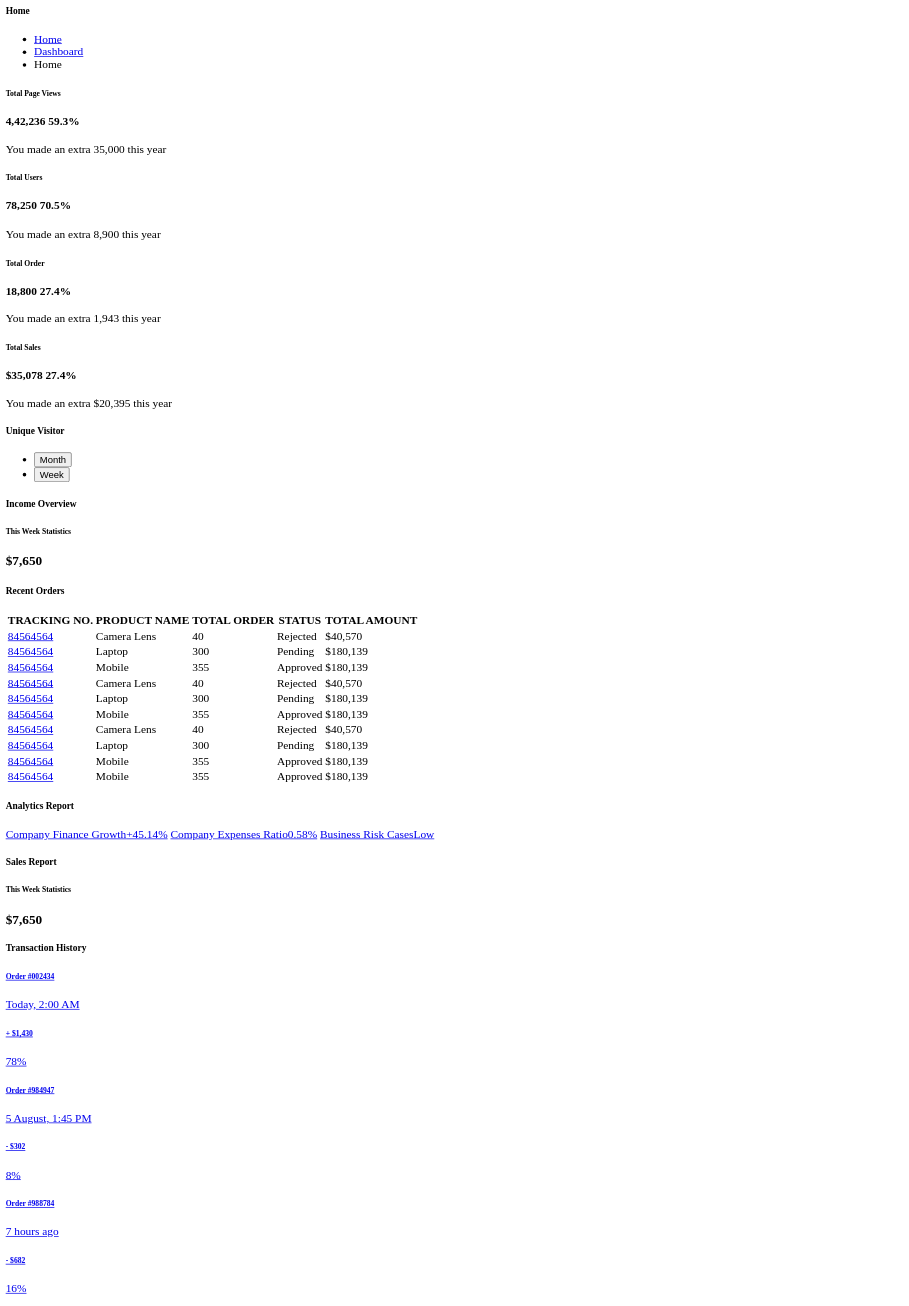
Repository: DucDMinh/LTWebJava_Nhom10
Page: http://localhost/admin/fragments/main
The author's editor kept a copy of each file at every save. The page is drawn from the files as they stood at one save, then again after the next save.
The browser window is 1280 px wide. The pictures show the whole page, at 71% of full size.
The page is this project's Thymeleaf template; nobody is signed in. The template is opened directly, without the code that normally fills it, so the values that code supplies are empty.

Above is the page before, as saved 2025-10-20 00:54:18.

### nhom10/src/main/resources/templates/admin/fragments/main.html
  <!-- [ Main Content ] start -->
  <div class="pc-container" th:fragment="main">
    <div class="pc-content">
      <!-- [ breadcrumb ] start -->
      <div class="page-header">
        <div class="page-block">
          <div class="row align-items-center">
            <div class="col-md-12">
              <div class="page-header-title">
                <h5 class="m-b-10">Home</h5>
              </div>
              <ul class="breadcrumb">
                <li class="breadcrumb-item"><a href="../dashboard/index.html">Home</a></li>
                <li class="breadcrumb-item"><a href="javascript: void(0)">Dashboard</a></li>
                <li class="breadcrumb-item" aria-current="page">Home</li>
              </ul>
            </div>
          </div>
        </div>
      </div>
      <!-- [ breadcrumb ] end -->
      <!-- [ Main Content ] start -->
      <div class="row">
        <!-- [ sample-page ] start -->

        <div class="col-md-6 col-xl-3">
          <div class="card">
            <div class="card-body">
              <h6 class="mb-2 f-w-400 text-muted">Total Page Views</h6>
              <h4 class="mb-3">4,42,236 <span class="badge bg-light-primary border border-primary"><i
                    class="ti ti-trending-up"></i> 59.3%</span></h4>
              <p class="mb-0 text-muted text-sm">You made an extra <span class="text-primary">35,000</span> this year
              </p>
            </div>
          </div>
        </div>
        <div class="col-md-6 col-xl-3">
          <div class="card">
            <div class="card-body">
              <h6 class="mb-2 f-w-400 text-muted">Total Users</h6>
              <h4 class="mb-3">78,250 <span class="badge bg-light-success border border-success"><i
                    class="ti ti-trending-up"></i> 70.5%</span></h4>
              <p class="mb-0 text-muted text-sm">You made an extra <span class="text-success">8,900</span> this year</p>
            </div>
          </div>
        </div>
        <div class="col-md-6 col-xl-3">
          <div class="card">
            <div class="card-body">
              <h6 class="mb-2 f-w-400 text-muted">Total Order</h6>
              <h4 class="mb-3">18,800 <span class="badge bg-light-warning border border-warning"><i
                    class="ti ti-trending-down"></i> 27.4%</span></h4>
              <p class="mb-0 text-muted text-sm">You made an extra <span class="text-warning">1,943</span> this year</p>
            </div>
          </div>
        </div>
        <div class="col-md-6 col-xl-3">
          <div class="card">
            <div class="card-body">
              <h6 class="mb-2 f-w-400 text-muted">Total Sales</h6>
              <h4 class="mb-3">$35,078 <span class="badge bg-light-danger border border-danger"><i
                    class="ti ti-trending-down"></i> 27.4%</span></h4>
              <p class="mb-0 text-muted text-sm">You made an extra <span class="text-danger">$20,395</span> this year
              </p>
            </div>
          </div>
        </div>

        <div class="col-md-12 col-xl-8">
          <div class="d-flex align-items-center justify-content-between mb-3">
            <h5 class="mb-0">Unique Visitor</h5>
            <ul class="nav nav-pills justify-content-end mb-0" id="chart-tab-tab" role="tablist">
              <li class="nav-item" role="presentation">
                <button class="nav-link" id="chart-tab-home-tab" data-bs-toggle="pill" data-bs-target="#chart-tab-home"
                  type="button" role="tab" aria-controls="chart-tab-home" aria-selected="true">Month</button>
              </li>
              <li class="nav-item" role="presentation">
                <button class="nav-link active" id="chart-tab-profile-tab" data-bs-toggle="pill"
                  data-bs-target="#chart-tab-profile" type="button" role="tab" aria-controls="chart-tab-profile"
                  aria-selected="false">Week</button>
              </li>
            </ul>
          </div>
          <div class="card">
            <div class="card-body">
              <div class="tab-content" id="chart-tab-tabContent">
                <div class="tab-pane" id="chart-tab-home" role="tabpanel" aria-labelledby="chart-tab-home-tab"
                  tabindex="0">
                  <div id="visitor-chart-1"></div>
                </div>
                <div class="tab-pane show active" id="chart-tab-profile" role="tabpanel"
                  aria-labelledby="chart-tab-profile-tab" tabindex="0">
                  <div id="visitor-chart"></div>
                </div>
              </div>
            </div>
          </div>
        </div>
        <div class="col-md-12 col-xl-4">
          <h5 class="mb-3">Income Overview</h5>
          <div class="card">
            <div class="card-body">
              <h6 class="mb-2 f-w-400 text-muted">This Week Statistics</h6>
              <h3 class="mb-3">$7,650</h3>
              <div id="income-overview-chart"></div>
            </div>
          </div>
        </div>

        <div class="col-md-12 col-xl-8">
          <h5 class="mb-3">Recent Orders</h5>
          <div class="card tbl-card">
            <div class="card-body">
              <div class="table-responsive">
                <table class="table table-hover table-borderless mb-0">
                  <thead>
                    <tr>
                      <th>TRACKING NO.</th>
                      <th>PRODUCT NAME</th>
                      <th>TOTAL ORDER</th>
                      <th>STATUS</th>
                      <th class="text-end">TOTAL AMOUNT</th>
                    </tr>
                  </thead>
                  <tbody>
                    <tr>
                      <td><a href="#" class="text-muted">84564564</a></td>
                      <td>Camera Lens</td>
                      <td>40</td>
                      <td><span class="d-flex align-items-center gap-2"><i
                            class="fas fa-circle text-danger f-10 m-r-5"></i>Rejected</span>
                      </td>
                      <td class="text-end">$40,570</td>
                    </tr>
                    <tr>
                      <td><a href="#" class="text-muted">84564564</a></td>
                      <td>Laptop</td>
                      <td>300</td>
                      <td><span class="d-flex align-items-center gap-2"><i
                            class="fas fa-circle text-warning f-10 m-r-5"></i>Pending</span>
                      </td>
                      <td class="text-end">$180,139</td>
                    </tr>
                    <tr>
                      <td><a href="#" class="text-muted">84564564</a></td>
                      <td>Mobile</td>
                      <td>355</td>
                      <td><span class="d-flex align-items-center gap-2"><i
                            class="fas fa-circle text-success f-10 m-r-5"></i>Approved</span></td>
                      <td class="text-end">$180,139</td>
                    </tr>
                    <tr>
                      <td><a href="#" class="text-muted">84564564</a></td>
                      <td>Camera Lens</td>
                      <td>40</td>
                      <td><span class="d-flex align-items-center gap-2"><i
                            class="fas fa-circle text-danger f-10 m-r-5"></i>Rejected</span>
                      </td>
                      <td class="text-end">$40,570</td>
                    </tr>
                    <tr>
                      <td><a href="#" class="text-muted">84564564</a></td>
                      <td>Laptop</td>
                      <td>300</td>
                      <td><span class="d-flex align-items-center gap-2"><i
                            class="fas fa-circle text-warning f-10 m-r-5"></i>Pending</span>
                      </td>
                      <td class="text-end">$180,139</td>
                    </tr>
                    <tr>
                      <td><a href="#" class="text-muted">84564564</a></td>
                      <td>Mobile</td>
                      <td>355</td>
                      <td><span class="d-flex align-items-center gap-2"><i
                            class="fas fa-circle text-success f-10 m-r-5"></i>Approved</span></td>
                      <td class="text-end">$180,139</td>
                    </tr>
                    <tr>
                      <td><a href="#" class="text-muted">84564564</a></td>
                      <td>Camera Lens</td>
                      <td>40</td>
                      <td><span class="d-flex align-items-center gap-2"><i
                            class="fas fa-circle text-danger f-10 m-r-5"></i>Rejected</span>
                      </td>
                      <td class="text-end">$40,570</td>
                    </tr>
                    <tr>
                      <td><a href="#" class="text-muted">84564564</a></td>
                      <td>Laptop</td>
                      <td>300</td>
                      <td><span class="d-flex align-items-center gap-2"><i
                            class="fas fa-circle text-warning f-10 m-r-5"></i>Pending</span>
                      </td>
                      <td class="text-end">$180,139</td>
                    </tr>
                    <tr>
                      <td><a href="#" class="text-muted">84564564</a></td>
                      <td>Mobile</td>
                      <td>355</td>
                      <td><span class="d-flex align-items-center gap-2"><i
                            class="fas fa-circle text-success f-10 m-r-5"></i>Approved</span></td>
                      <td class="text-end">$180,139</td>
                    </tr>
                    <tr>
                      <td><a href="#" class="text-muted">84564564</a></td>
                      <td>Mobile</td>
                      <td>355</td>
                      <td><span class="d-flex align-items-center gap-2"><i
                            class="fas fa-circle text-success f-10 m-r-5"></i>Approved</span></td>
                      <td class="text-end">$180,139</td>
                    </tr>
                  </tbody>
                </table>
              </div>
            </div>
          </div>
        </div>
        <div class="col-md-12 col-xl-4">
          <h5 class="mb-3">Analytics Report</h5>
          <div class="card">
            <div class="list-group list-group-flush">
              <a href="#"
                class="list-group-item list-group-item-action d-flex align-items-center justify-content-between">Company
                Finance Growth<span class="h5 mb-0">+45.14%</span></a>
              <a href="#"
                class="list-group-item list-group-item-action d-flex align-items-center justify-content-between">Company
                Expenses Ratio<span class="h5 mb-0">0.58%</span></a>
              <a href="#"
                class="list-group-item list-group-item-action d-flex align-items-center justify-content-between">Business
                Risk Cases<span class="h5 mb-0">Low</span></a>
            </div>
            <div class="card-body px-2">
              <div id="analytics-report-chart"></div>
            </div>
          </div>
        </div>

        <div class="col-md-12 col-xl-8">
          <h5 class="mb-3">Sales Report</h5>
          <div class="card">
            <div class="card-body">
              <h6 class="mb-2 f-w-400 text-muted">This Week Statistics</h6>
              <h3 class="mb-0">$7,650</h3>
              <div id="sales-report-chart"></div>
            </div>
          </div>
        </div>
        <div class="col-md-12 col-xl-4">
          <h5 class="mb-3">Transaction History</h5>
          <div class="card">
            <div class="list-group list-group-flush">
              <a href="#" class="list-group-item list-group-item-action">
                <div class="d-flex">
                  <div class="flex-shrink-0">
                    <div class="avtar avtar-s rounded-circle text-success bg-light-success">
                      <i class="ti ti-gift f-18"></i>
                    </div>
                  </div>
                  <div class="flex-grow-1 ms-3">
                    <h6 class="mb-1">Order #002434</h6>
                    <p class="mb-0 text-muted">Today, 2:00 AM</P>
                  </div>
                  <div class="flex-shrink-0 text-end">
                    <h6 class="mb-1">+ $1,430</h6>
                    <p class="mb-0 text-muted">78%</P>
                  </div>
                </div>
              </a>
              <a href="#" class="list-group-item list-group-item-action">
                <div class="d-flex">
                  <div class="flex-shrink-0">
                    <div class="avtar avtar-s rounded-circle text-primary bg-light-primary">
                      <i class="ti ti-message-circle f-18"></i>
                    </div>
                  </div>
                  <div class="flex-grow-1 ms-3">
                    <h6 class="mb-1">Order #984947</h6>
                    <p class="mb-0 text-muted">5 August, 1:45 PM</P>
                  </div>
                  <div class="flex-shrink-0 text-end">
                    <h6 class="mb-1">- $302</h6>
                    <p class="mb-0 text-muted">8%</P>
                  </div>
                </div>
              </a>
              <a href="#" class="list-group-item list-group-item-action">
                <div class="d-flex">
                  <div class="flex-shrink-0">
                    <div class="avtar avtar-s rounded-circle text-danger bg-light-danger">
                      <i class="ti ti-settings f-18"></i>
                    </div>
                  </div>
                  <div class="flex-grow-1 ms-3">
                    <h6 class="mb-1">Order #988784</h6>
                    <p class="mb-0 text-muted">7 hours ago</P>
                  </div>
                  <div class="flex-shrink-0 text-end">
                    <h6 class="mb-1">- $682</h6>
                    <p class="mb-0 text-muted">16%</P>
                  </div>
                </div>
              </a>
            </div>
          </div>
        </div>
      </div>
    </div>
  </div>
  <!-- [ Main Content ] end -->

After the next save:
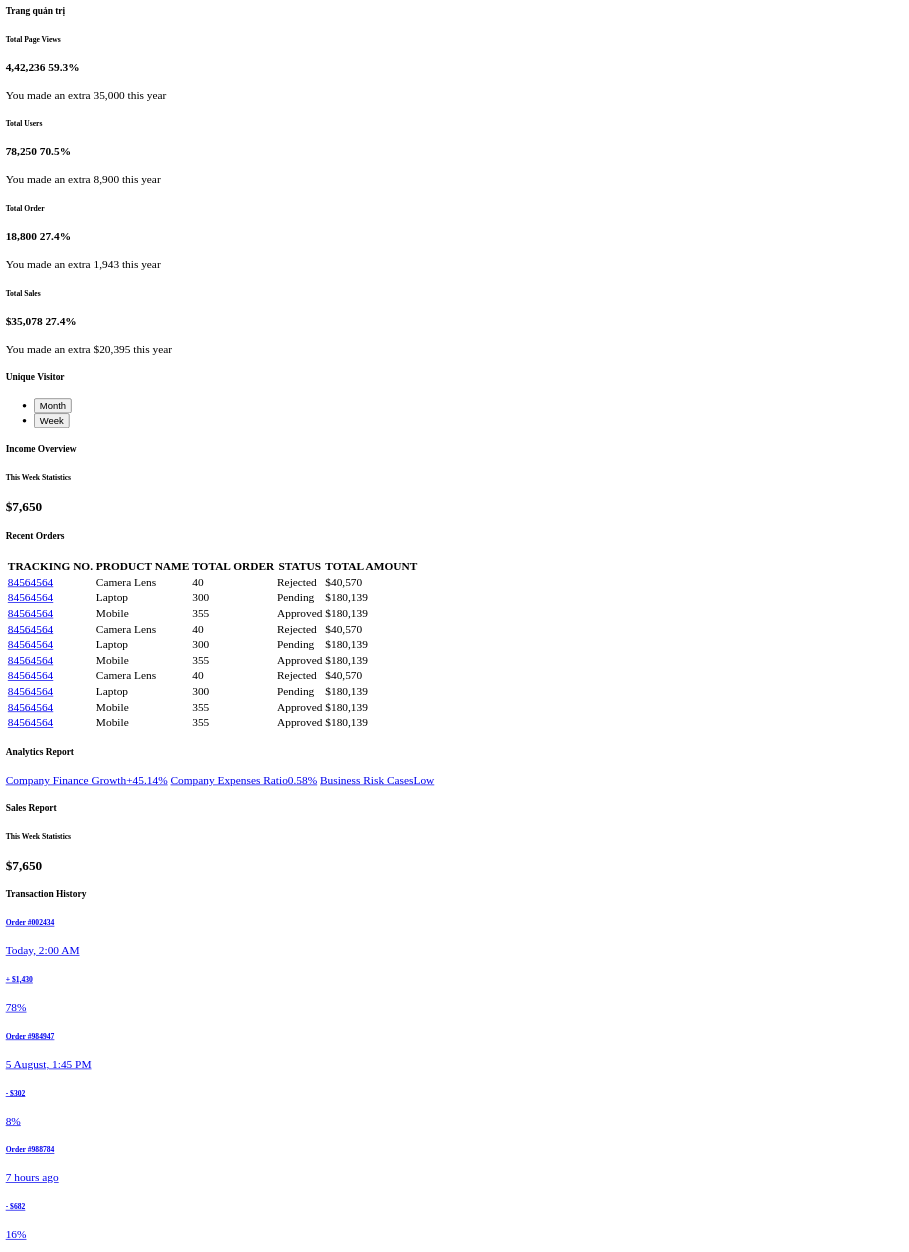
Saved 119 s later.
--- a/nhom10/src/main/resources/templates/admin/fragments/main.html
+++ b/nhom10/src/main/resources/templates/admin/fragments/main.html
@@ -7,13 +7,8 @@
           <div class="row align-items-center">
             <div class="col-md-12">
               <div class="page-header-title">
-                <h5 class="m-b-10">Home</h5>
+                <h5 class="m-b-10">Trang quản trị</h5>
               </div>
-              <ul class="breadcrumb">
-                <li class="breadcrumb-item"><a href="../dashboard/index.html">Home</a></li>
-                <li class="breadcrumb-item"><a href="javascript: void(0)">Dashboard</a></li>
-                <li class="breadcrumb-item" aria-current="page">Home</li>
-              </ul>
             </div>
           </div>
         </div>
